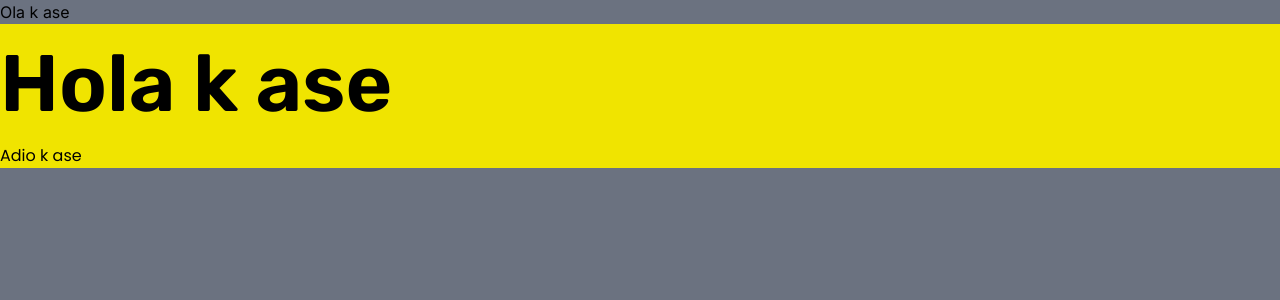
Repository: aldovelacasas/PF_RentCar2
Page: /homePage
An editor plug-in stored every save of this project. The page is shown before and after the next save, followed by the edit.
The browser window is 1280 px wide. The pictures show the whole page.
The project was rebuilt for these pictures with package versions that can differ from the ones it lists, and the page was loaded fresh each time. The framework's server and built-in components were replaced by stand-ins that run in the browser. Also part of the build but not shown: next.config.js.

Above is the page before, as saved 2023-08-29 18:47:25.

After the next save:
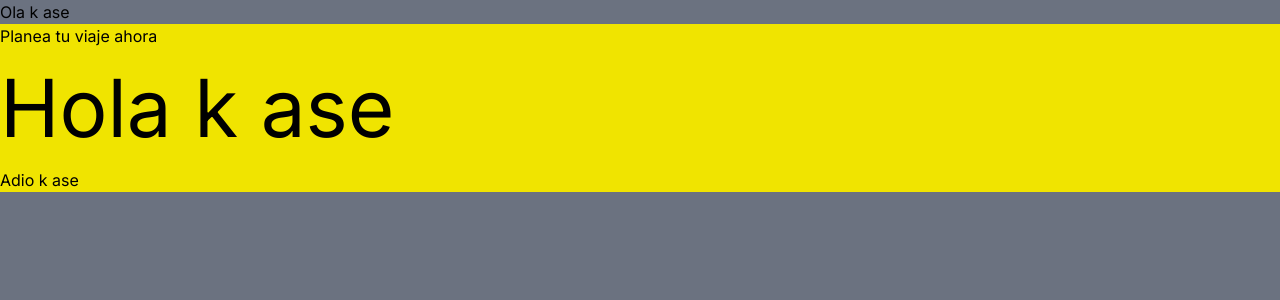
Saved 108 s later.
--- a/src/app/homePage/page.jsx
+++ b/src/app/homePage/page.jsx
@@ -5,14 +5,16 @@ const rubik = Rubik({
   subsets: ["latin"],
 });
 
-const poppins = Poppins({
+const fontPoppins = Poppins({
   weight: "400",
   subsets: ["latin"],
 });
+const poppins = fontPoppins.className;
 
 function HomePage() {
   return (
-    <div className={`bg-amarillo_status ${rubik.className}`}>
+    <div className="bg-amarillo_status poppins">
+      <p className={`${poppins.className}`}>Planea tu viaje ahora</p>
       <h1 className="text-[5em]">Hola k ase</h1>
       <div>
         <p className={`${poppins.className}`}>Adio k ase</p>
